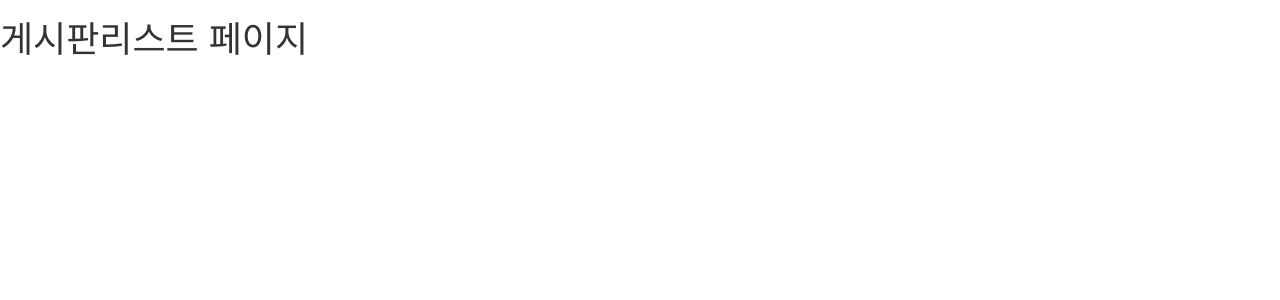
Repository: hanbinpark/Spring
Page: http://localhost/SpringMVC01/
An editor plug-in stored every save of this project. The page is shown before and after the next save, followed by the edit.
The browser window is 1280 px wide. The pictures show the whole page.
The page is served by Tomcat 9.

Above is the page before, as saved 2023-09-05 01:42:35.

After the next save:
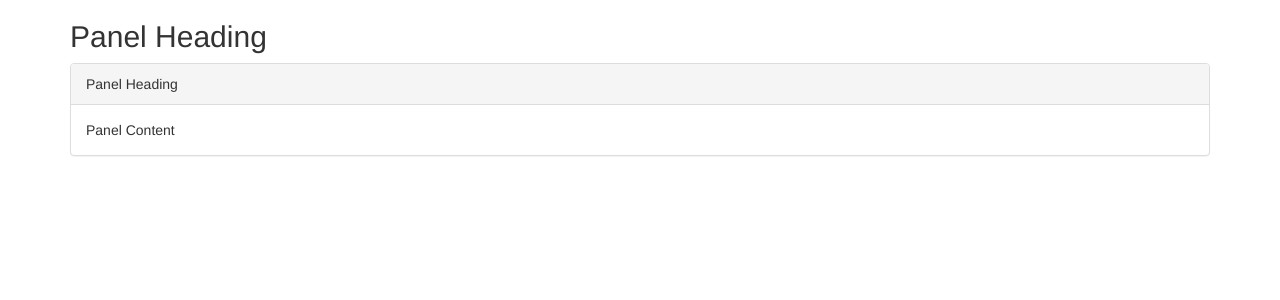
Saved 47 s later.
--- a/SpringMVC01/src/main/webapp/WEB-INF/views/boardList.jsp
+++ b/SpringMVC01/src/main/webapp/WEB-INF/views/boardList.jsp
@@ -10,6 +10,12 @@
 <script src="https://maxcdn.bootstrapcdn.com/bootstrap/3.4.1/js/bootstrap.min.js"></script>
 </head>
 <body>
-	<h1>게시판리스트 페이지</h1>
+	<div class="container">
+	  <h2>Panel Heading</h2>
+	  <div class="panel panel-default">
+	    <div class="panel-heading">Panel Heading</div>
+	    <div class="panel-body">Panel Content</div>
+	  </div>
+	</div>
 </body>
 </html>
